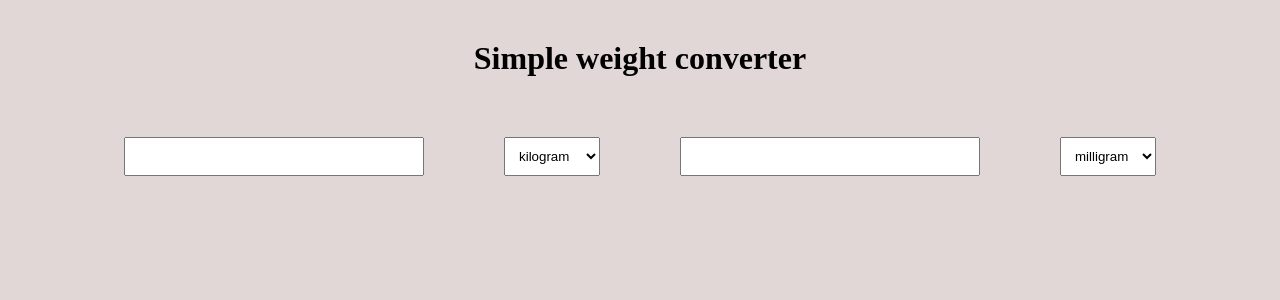
Repository: Eugene44-hub/weight-converter
Page: index.html
The author's editor kept a copy of each file at every save. The page is drawn from the files as they stood at one save, then again after the next save.
The browser window is 1280 px wide. The pictures show the whole page.

Above is the page before, as saved 2021-09-20 05:13:51.

After the next save:
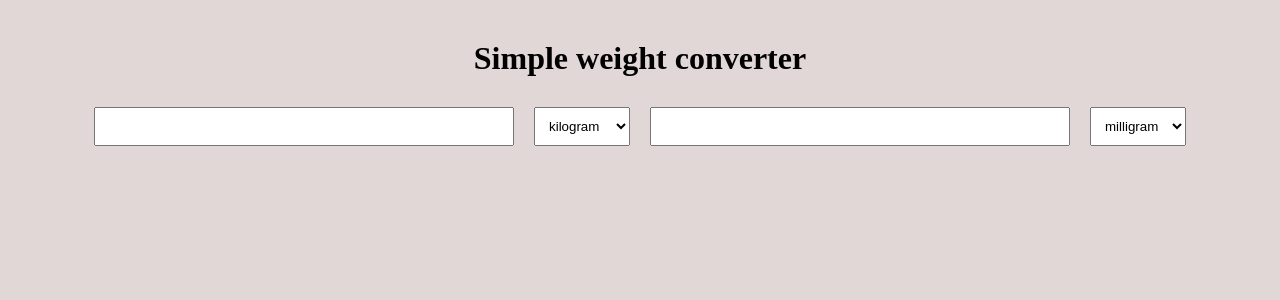
Saved 7 s later.
--- a/style.css
+++ b/style.css
@@ -34,5 +34,5 @@ select {
 
 select,
 input {
-    margin: 40px;
+    margin: 10px;
 }
